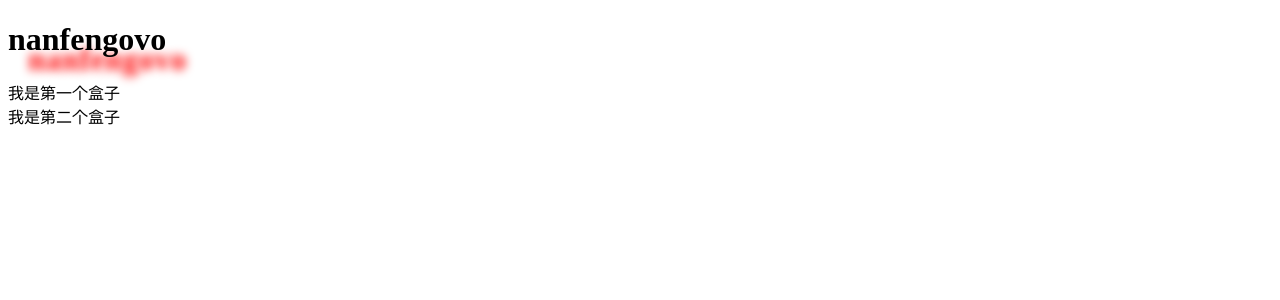
Repository: nanfengovo/CSS
Page: shadow.html
An editor plug-in stored every save of this project. The page is shown before and after the next save, followed by the edit.
The browser window is 1280 px wide. The pictures show the whole page.

Above is the page before, as saved 2025-01-01 09:53:45.

### shadow.html
<!DOCTYPE html>
<html lang="en">
<head>
    <meta charset="UTF-8">
    <meta name="viewport" content="width=device-width, initial-scale=1.0">
    <title>CSS阴影</title>
    <style>
        h1{
            text-shadow: 20px 20px 10px  red;/*水平阴影 垂直阴影 模糊距离 阴影颜色*/
        }
    </style>
</head>
<body>
    <!--文字阴影   盒子(box)阴影-->
    <h1>nanfengovo</h1>
    <div id="div_1">
        我是第一个盒子
    </div>
    <div id="div_2">
        我是第二个盒子
    </div>
</body>
</html>

After the next save:
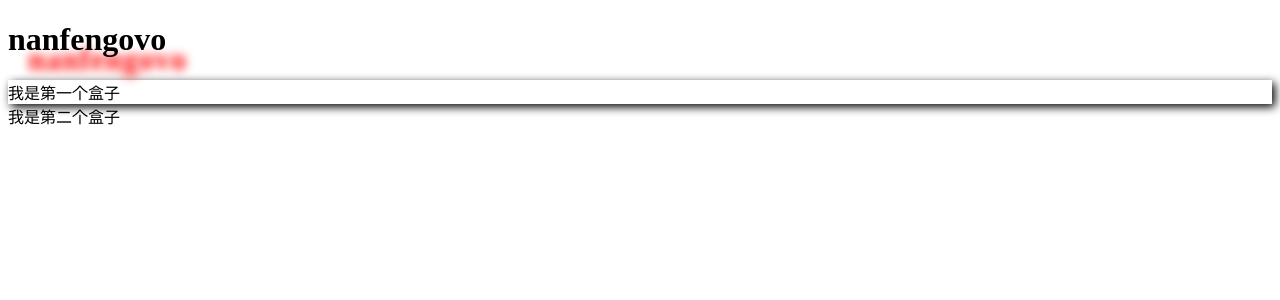
Saved 59 s later.
--- a/shadow.html
+++ b/shadow.html
@@ -7,6 +7,9 @@
     <style>
         h1{
             text-shadow: 20px 20px 10px  red;/*水平阴影 垂直阴影 模糊距离 阴影颜色*/
+        }
+        #div_1{
+            box-shadow: 3px 3px 10px;
         }
     </style>
 </head>

After the save that followed:
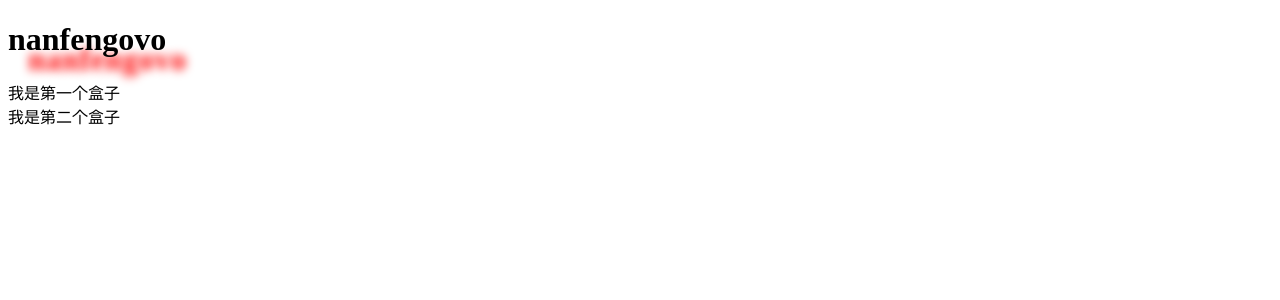
Saved 14 s later.
--- a/shadow.html
+++ b/shadow.html
@@ -9,7 +9,7 @@
             text-shadow: 20px 20px 10px  red;/*水平阴影 垂直阴影 模糊距离 阴影颜色*/
         }
         #div_1{
-            box-shadow: 3px 3px 10px;
+            box-shadow: 3px ;
         }
     </style>
 </head>
